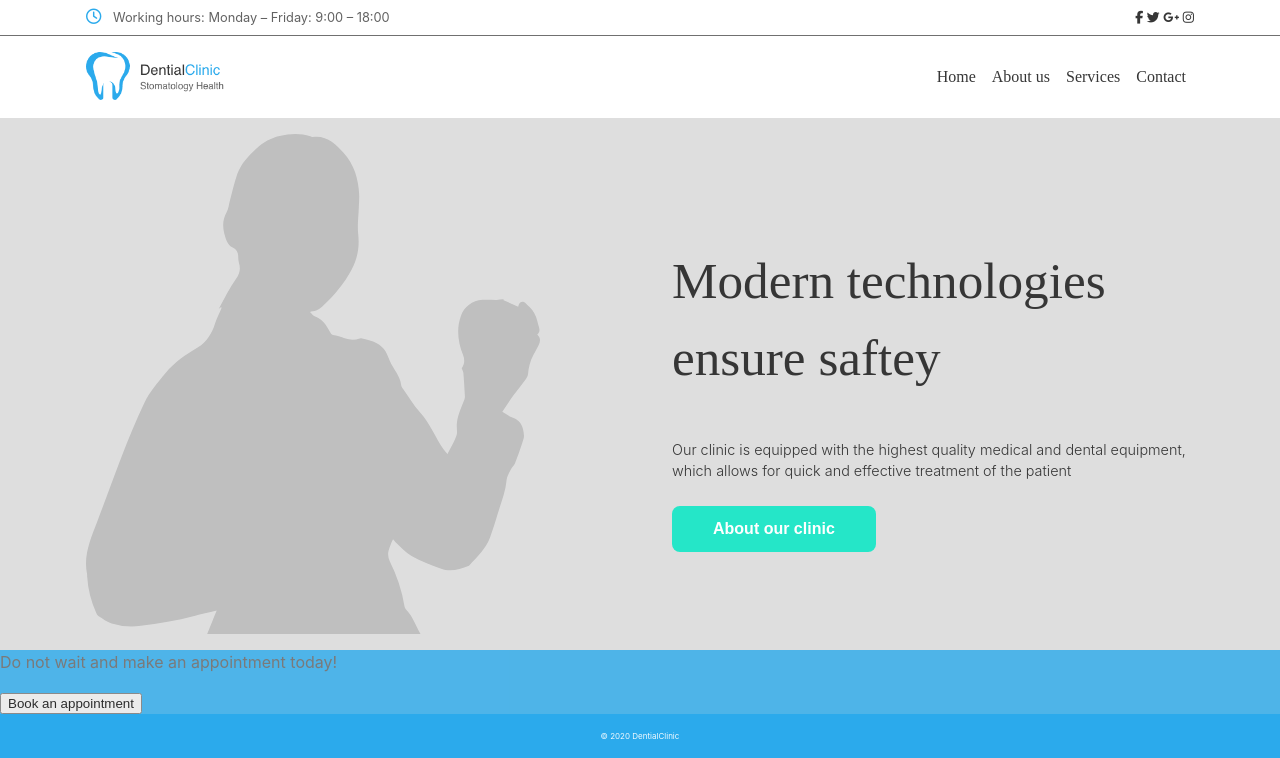
Repository: skepp4rn/uppgift1
Page: index.html
The author's editor kept a copy of each file at every save. The page is drawn from the files as they stood at one save, then again after the next save.
The browser window is 1280 px wide. The pictures show the whole page.
Some web libraries are served in a nearby version.

Above is the page before, as saved 2020-12-01 18:00:24.

### index.html
<!DOCTYPE html>
<html lang="en">
<head>
    <meta charset="UTF-8">
    <meta name="viewport" content="width=device-width, initial-scale=1.0">
    <title>Document</title>

    <script src="https://kit.fontawesome.com/0abbda2fd3.js" crossorigin="anonymous"></script>
    <link rel="stylesheet" href="style.css">
</head>
<body>

    <nav class="navbar-top collapse">
        <div class="container">
            <div class="hours">
                <i class="far fa-clock"></i>
                Working hours: Monday – Friday: 9:00 – 18:00
            </div>
            <div class="#">
                <a href="#"><i class="fab fa-facebook-f"></i></a>
                <a href="#"><i class="fab fa-twitter"></i></a>
                <a href="#"><i class="fab fa-google-plus-g"></i></a>
                <a href="#"><i class="fab fa-instagram"></i></a>
            </div>
        </div>
    </nav>

    <nav class="navbar ">
        <div class="container">
            <a class="navbar-brand" href="#" >
                <img src="images/Logo.png" alt="">
            </a>
            <button class="navbar-toggler">
                <i class="fas fa-bars"></i>
            </button>
            <div class="collapse navbar-collapse">
                <div class="navbar-nav">
                    <a class="nav-link" href="#">Home</a>
                    <a class="nav-link" href="#">About us</a>
                    <a class="nav-link" href="#">Services</a>
                    <a class="nav-link" href="#">Contact</a>
                </div>
            </div>
        </div>
    </nav>

    <section id="showcase" class="bg-gray">
        <div class="container">
            <img src="images/placehold-girl.svg" alt="">
            <div class="content-box">
                <div class="content">
                    <h1>Modern technologies ensure saftey</h1>
                    <p>Our clinic is equipped with the highest quality medical and dental equipment, which allows for quick and effective treatment of the patient</p>
                    <button class="btn btn-green">About our clinic</button>
                </div>
            </div>
        </div>
    </section>












   <div class="grid">
        <section id="appointment">
            <div class="overlay">
                <p>Do not wait and make an appointment today!</p>
                <button>Book an appointment</button>
            </div>
        </section>
        <footer class="bg-blue">© 2020 DentialClinic</footer>
    </div>

</body>
</html>

### style.css
* {
    box-sizing: border-box;
}

html, body {
    font-weight: 400;
    font-family: -apple-system, BlinkMacSystemFont, 'Segoe UI', Roboto, Oxygen, Ubuntu, Cantarell, 'Open Sans', 'Helvetica Neue', sans-serif;
    line-height: 1.5;
    font-size: 16px;
    margin: 0;
    padding: 0;
    color: #626262;
}

.border {
    border: 1px solid black;
}

a {
    color: #363636;
    text-decoration: none;
    background-color: transparent;
}

a:hover {
    color: #25E6C8;
}

.bg-dark {
   background: #333333;
   color: #ffffff;
}

.bg-light {
    background: #f7f7f7;
    color: #333333;
}

.bg-gray {
    background-color: #DEDEDE;

}



.btn {
    display: inline-block;
    font-weight: 400;
    text-align: center;
    vertical-align: middle;
    padding: 0.80rem 2.5rem;
    border-radius: 0.5rem;
    border: 1px solid transparent;
    background-color: transparent;
    font-size: 1rem;

}

.btn-green {
    color: #ffffff;
    background-color: #25E6C8;
    font-weight: bold;
    margin-top: 10px;


}

.btn-green:hover {
    cursor: pointer;
    background-color: #2BAAEC;
}



.collapse:not(.show) {
    display: none;
}

.container {
    width: 100%;
    padding: 0 1rem;
    margin: 0 auto;
}

.navbar-top {
    border-bottom: 1px solid #707070;
}

.navbar, .navbar-top {
    display: flex;
    justify-content: space-between;
    padding: 0.5rem 1rem;
}

.navbar .container, .navbar-top .container {
    display: flex;
    justify-content: space-between;
    align-items: center;
}

.navbar-top .container {
    font-size: 0.8rem;
}

.navbar-top .container .hours {
    color:#626262;
}

.navbar-top .container .hours i {
    color: #2BAAEC;
    margin-right: 0.5rem;
    font-size: 1.2em;
}

.navbar-top .container .socialmedia a {
    margin: 0 0.5rem;

}

.navbar-brand {
    display: inline-block;
    font-size: 1.5rem;
    color: black;
    margin-right: 1rem;
}

.navbar-brand img {
    height: 3rem;
    margin-top: 0.5rem;
}


.navbar-toggler {
    font-size: 2.5rem;
    color:#2BAAEC;
    background-color: transparent;
    border: 1px solid transparent;
}

.navbar-collapse {
    align-items: center;
}

.navbar-nav {
    display: flex;
    flex-direction: column;
    font-family: 'Roboto Slab', serif;

}

.nav-link {
    padding: 0;
    text-decoration: none;
}



#showcase .container {
    display: grid;
    grid-template-columns: 1fr 1fr;
    column-gap: 4rem;

    align-items: center;
}

#showcase .container img {
    height: 500px;
    margin-top: 1rem;


}

#showcase .container .content-box {
    align-self: center;
    color: #363636;
    font-weight: 300;
}

.content-box .content h1 {
    font-size: 3.2rem;
    font-family: 'Roboto Slab', serif;
    font-weight: 300;

}

.content-box .content p {
    font-size: 0.9rem;
}


.grid {
    display: grid;

    grid-template-columns: 1fr;
    grid-template-areas:    "he"
                            "sh"
                            "ab"
                            "se"
                            "ap"
                            "fo";
}


#appointment {
    background-color: #DEDEDE;
}

.overlay {
    opacity: 80%;
    background-color: #2BAAEC;
}


footer {
    background-color: #2BAAEC;
    color: #f3fbff;
    text-align: center;
    padding: 1rem 0rem;
    font-size: 0.5rem;



}










@media (min-width: 768px) {
    .nav-link {
        padding-right: 0.5rem;
        padding-left: 0.5rem;
    }

    .navbar-nav {
        flex-direction: row;
    }

    .navbar-toggler {
        display: none;
    }

    .collapse:not(.show) {
        display: flex;
    }

    .container {
        max-width: 720px;
    }

}

@media (min-width: 992px) {
    .container {
        max-width: 960px;
    }
}

@media (min-width: 1200px) {
    .container {
        max-width: 1140px;
    }
}

After the next save:
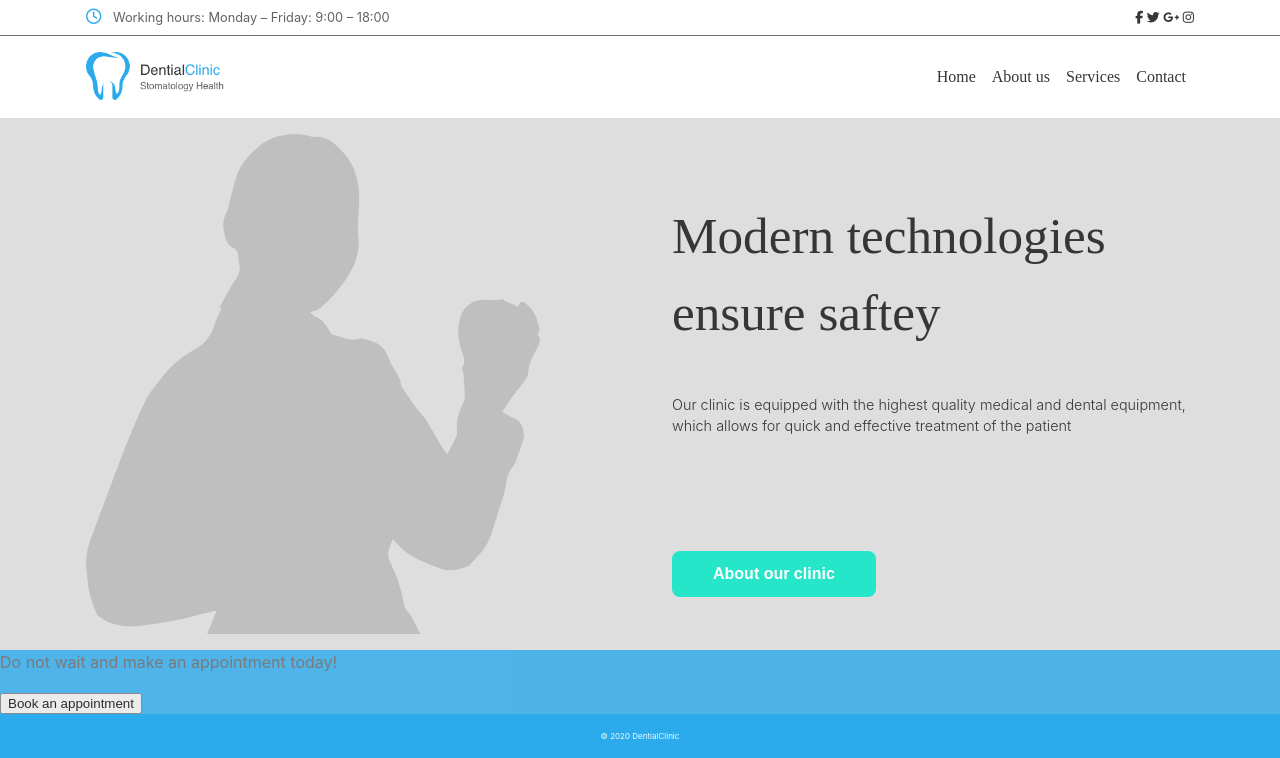
Saved 5 s later.
--- a/style.css
+++ b/style.css
@@ -60,7 +60,7 @@ a:hover {
     color: #ffffff;
     background-color: #25E6C8;
     font-weight: bold;
-    margin-top: 10px;
+    margin-top: 100px;
 
 
 }
